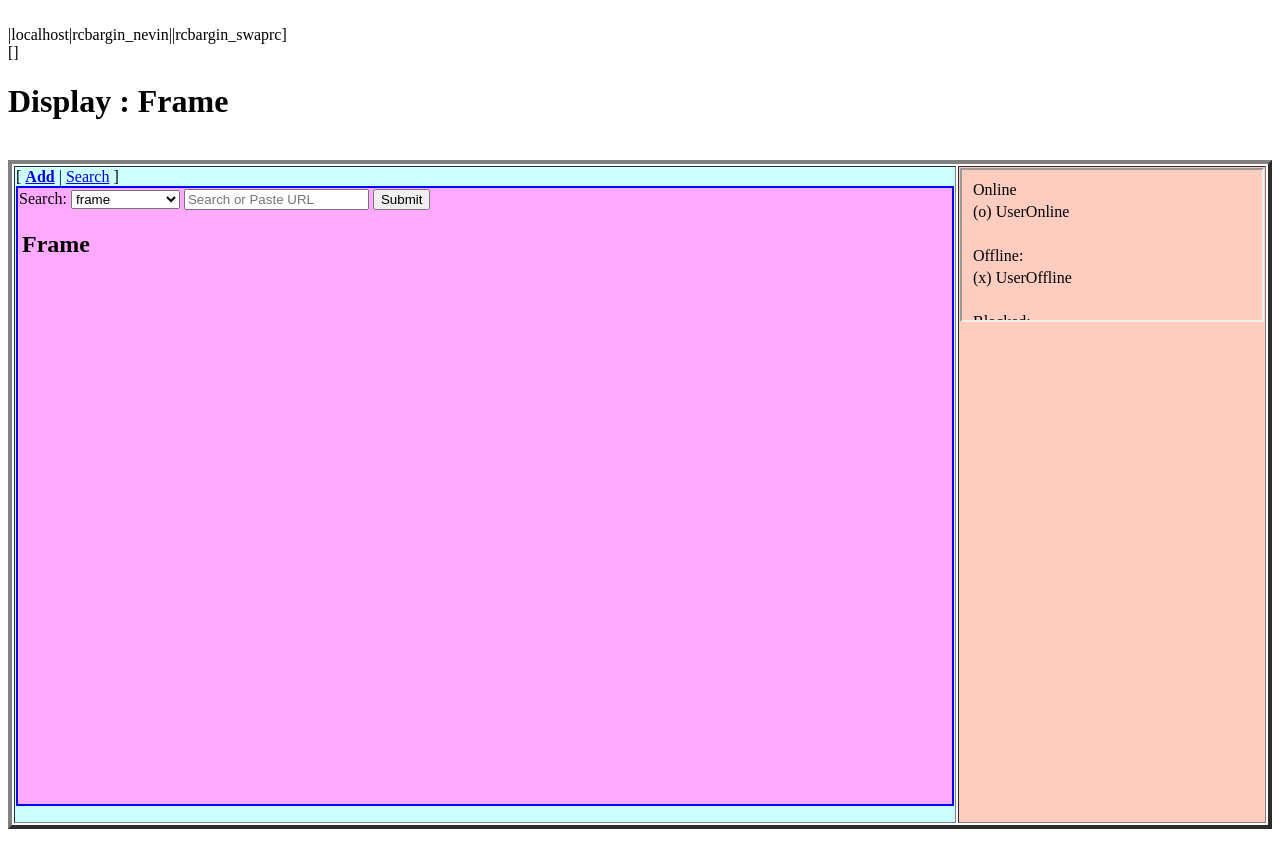
Repository: nevinleiby/SwapRC
Page: http://localhost/display_item.php
The author's editor kept a copy of each file at every save. The page is drawn from the files as they stood at one save, then again after the next save.
The browser window is 1280 px wide. The pictures show the whole page.
The page is run by PHP 8.4 with error messages shown; the project is at /var/www/html/. Queries for data that is not in the repository find no rows.

Above is the page before, as saved 2019-09-10 16:26:34.
Console error (its wording comes from the project's code and is left out).

After the next save:
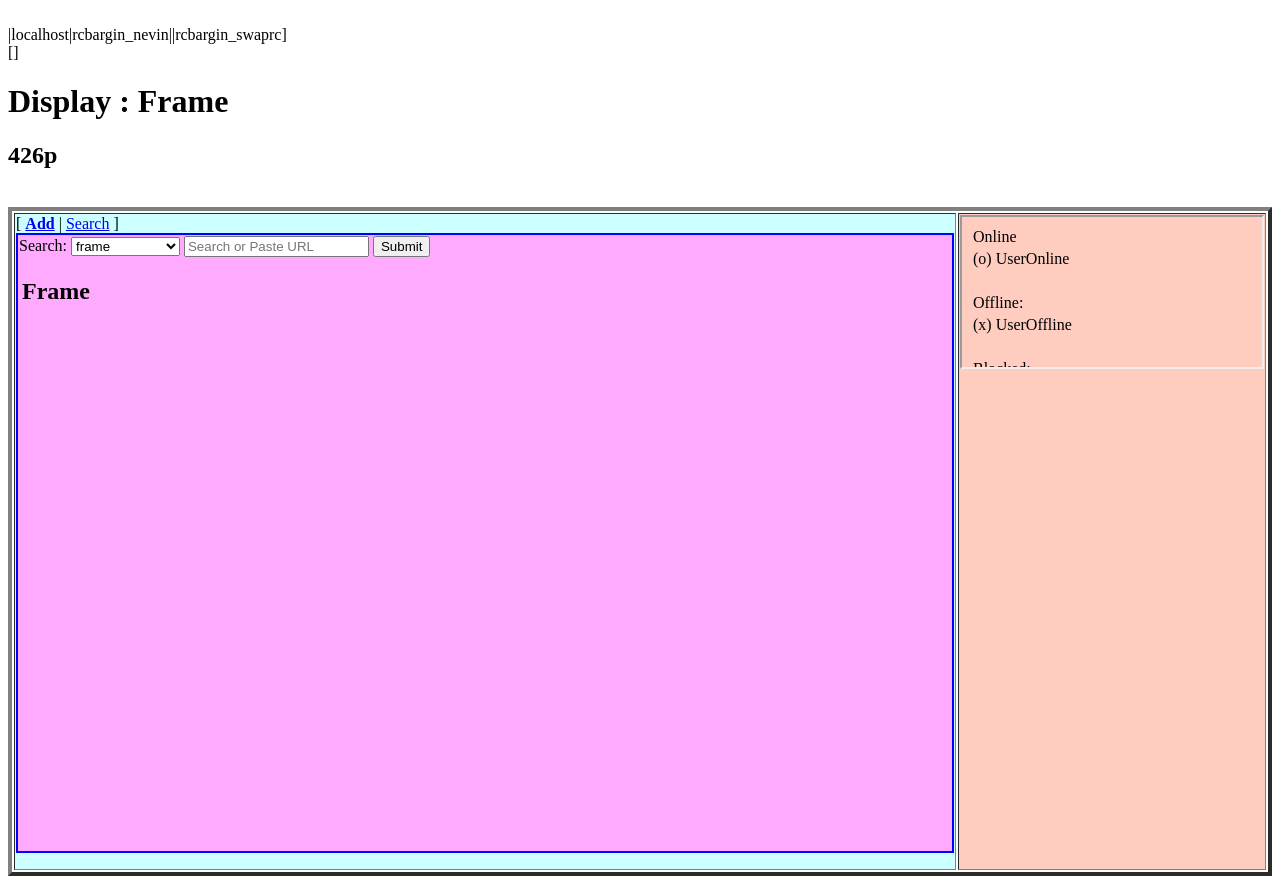
Saved 9 s later.
--- a/display_item.php
+++ b/display_item.php
@@ -385,6 +385,7 @@ echo <<<_END
     </title>
     <body>
             <h1>Display : $category</h1>
+            <h2>426p</h2>
             <form action="./add_interface.php" method="post">
 
             <br>
